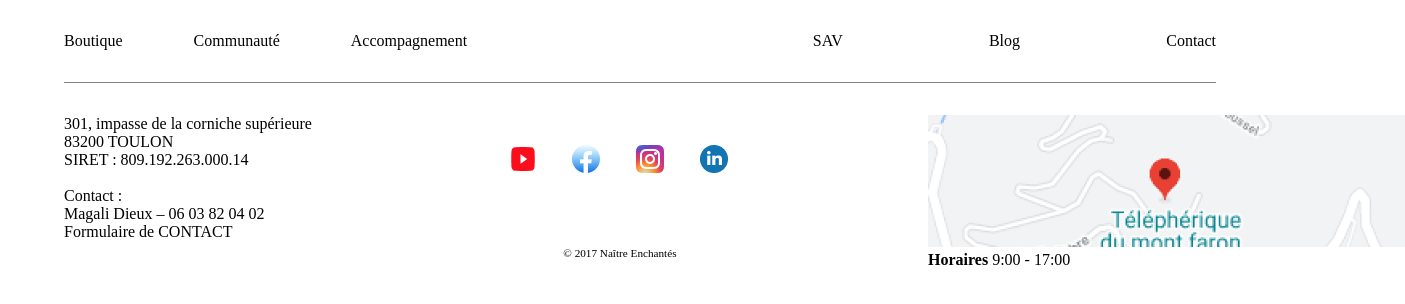
Repository: Khadija-Asa/naitre-enchantes
Page: footer.html
These files come from the project's save history. The page is drawn as it stood at one moment and after the next save; the edit follows.
The browser window is 1280 px wide. The page is 1405 px wide, then 1280 px, so the pictures cover 1405 px, including what lies to the right of the window. The pictures show the whole page.

Above is the page before, as saved 2020-11-24 23:25:30.

After the next save:
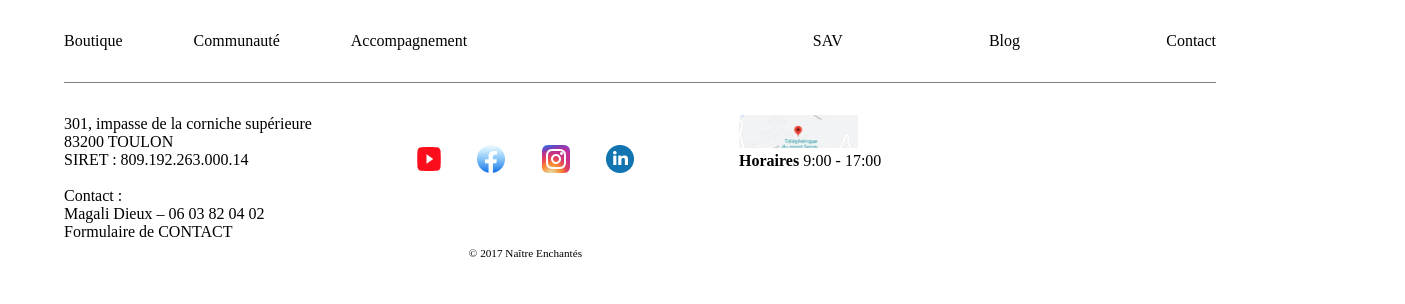
Saved 38 s later.
--- a/footer.css
+++ b/footer.css
@@ -51,6 +51,6 @@
     font-size: .7em;
     text-align: center;
 }
-.bottom_right {
+.bottom_right img{
     width: 25%;
 }
